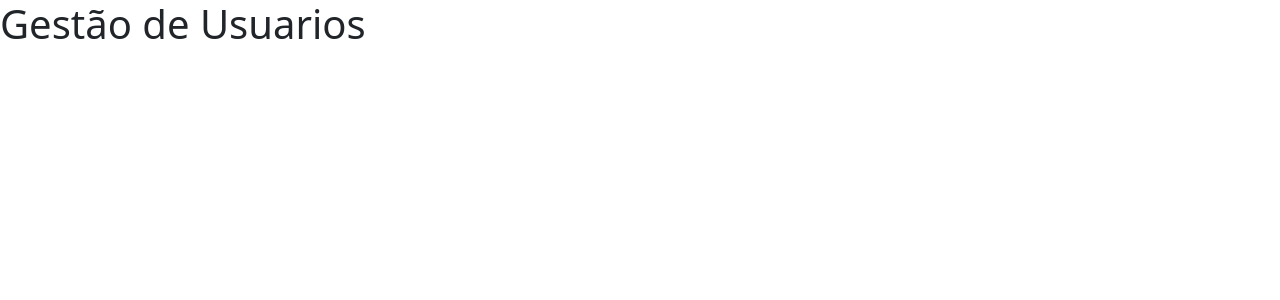
Repository: raullino230/Gest-o-de-Usu-rios
Page: http://localhost/
An editor plug-in stored every save of this project. The page is shown before and after a run of saves, followed by the edit.
The browser window is 1280 px wide. The pictures show the whole page.
The page is served by the project's application, run on Flask 3 (main.py).

Above is the page before, as saved 2025-09-14 21:01:43.

After the next 2 saves:
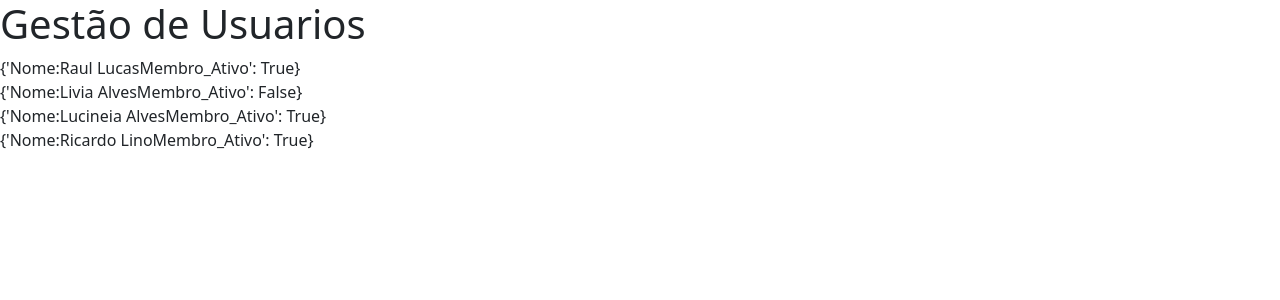
The 2 saves are shown as one change because they came seconds apart.
The last was saved 19 s later.
--- a/templates/index.html
+++ b/templates/index.html
@@ -9,8 +9,8 @@
   <body>
     <h1>{{ titulo }}</h1>
 
-    {% for usuario in usuario %}
-       <div> {{ usuarios }} </div>
+    {% for usuario in usuarios %}
+       <div> {{ usuario }} </div>
     {% endfor %}
 
     <script src="https://cdn.jsdelivr.net/npm/bootstrap@5.3.8/dist/js/bootstrap.bundle.min.js" integrity="sha384-FKyoEForCGlyvwx9Hj09JcYn3nv7wiPVlz7YYwJrWVcXK/BmnVDxM+D2scQbITxI" crossorigin="anonymous"></script>
